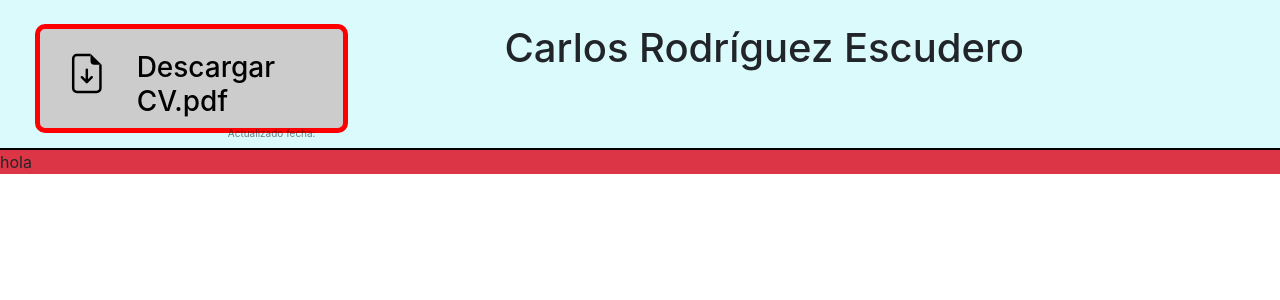
Repository: CarlosRoEs/CarlosWebCV
Page: index.html
These files come from the project's save history. The page is drawn as it stood at one moment and after the next save; the edit follows.
The browser window is 1280 px wide. The pictures show the whole page.
The style sheet was rebuilt from its Sass, Less or Tailwind sources for each picture, by a compiler version that may differ from the author's.

Above is the page before, as saved 2020-09-15 16:29:53.

After the next save:
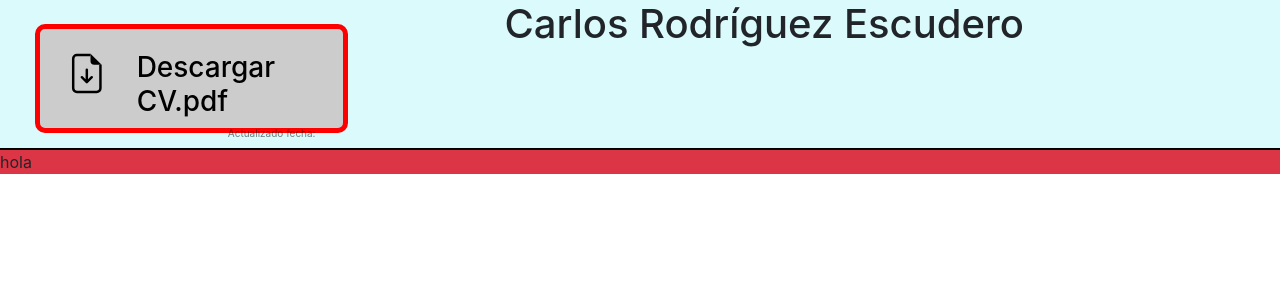
Saved 5 s later.
--- a/index.html
+++ b/index.html
@@ -28,7 +28,7 @@
                     <h3 id="h3-header" class="col-9 mt-3 text-left">Descargar CV.pdf</h3>
                     <p class="col-12 text-right text-black-50">Actualizado fecha:</p>
                 </button>
-                <h1 class="col-8 pt-4">Carlos Rodríguez Escudero</h1>
+                <h1 class="col-8 pt-">Carlos Rodríguez Escudero</h1>
             </header>
         </div>
 

After the save that followed:
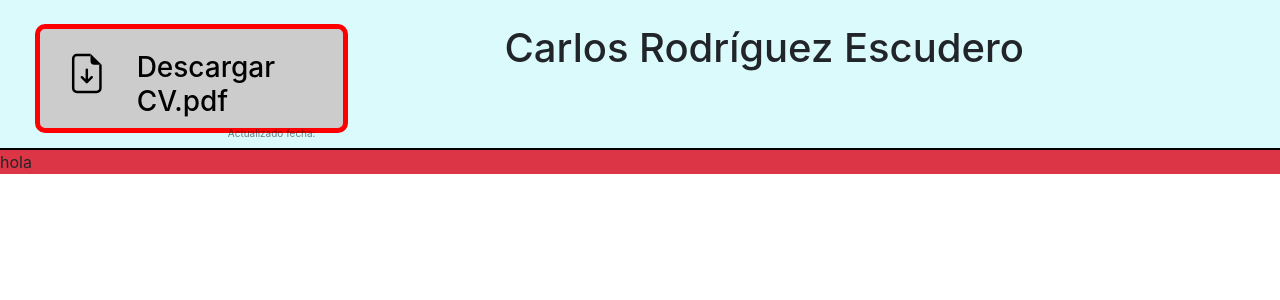
Saved 7 s later.
--- a/index.html
+++ b/index.html
@@ -28,7 +28,7 @@
                     <h3 id="h3-header" class="col-9 mt-3 text-left">Descargar CV.pdf</h3>
                     <p class="col-12 text-right text-black-50">Actualizado fecha:</p>
                 </button>
-                <h1 class="col-8 pt-">Carlos Rodríguez Escudero</h1>
+                <h1 class="col-8 pt-4">Carlos Rodríguez Escudero</h1>
             </header>
         </div>
 
